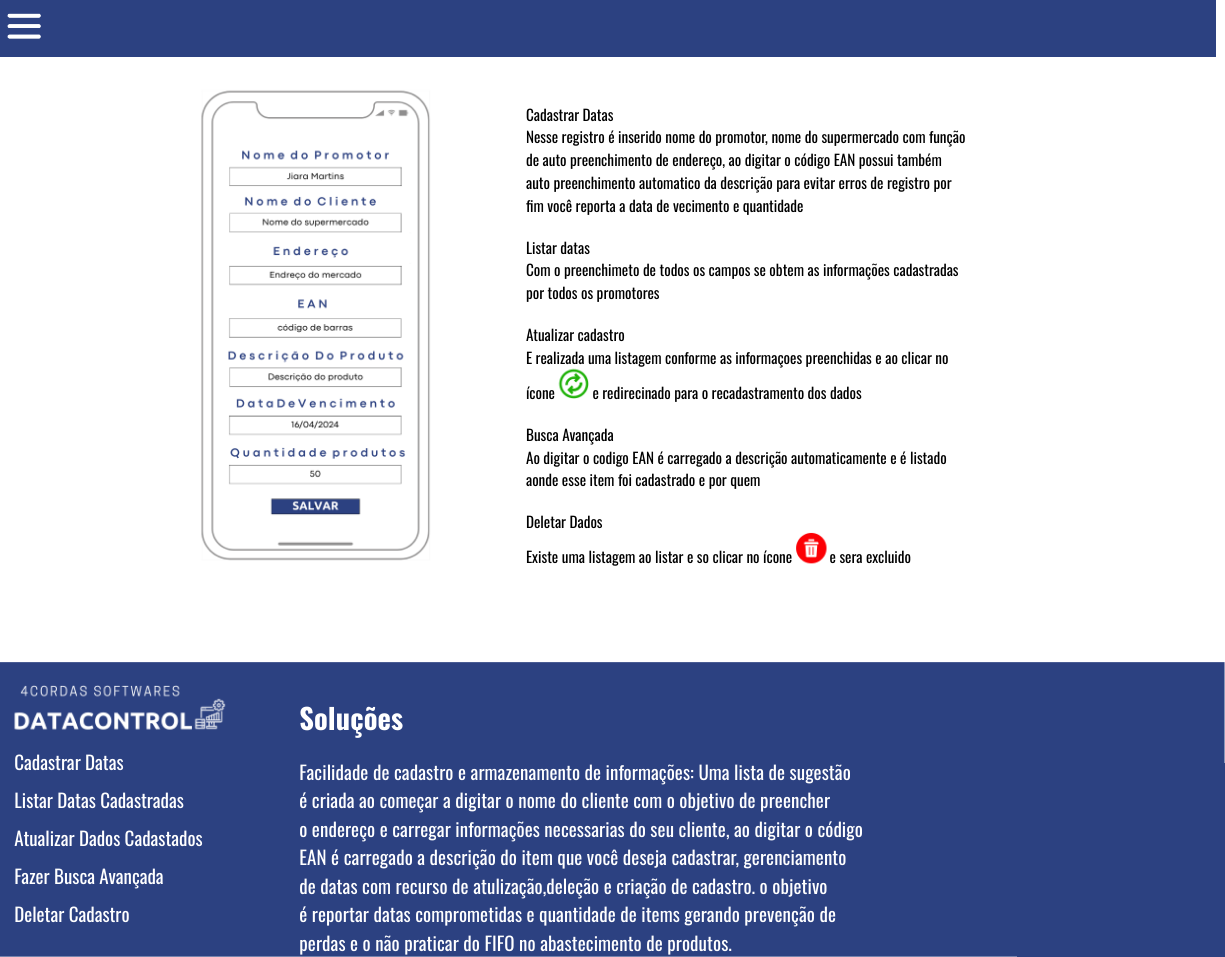
Repository: alfredo-allan/ControleDeDatasFrontEnd
Page: index.html
An editor plug-in stored every save of this project. The page is shown before and after the next save, followed by the edit.
The browser window is 1280 px wide. The page is 1289 px wide, so the pictures cover 1289 px, including what lies to the right of the window. The pictures show the whole page, at 95% of full size.

Above is the page before, as saved 2024-04-30 14:39:33.
Console error: TypeError: Cannot read properties of null (reading 'addEventListener')

### index.html
<!DOCTYPE html>
<html lang="pt-BR">
  <head>
    <meta charset="UTF-8" />
    <meta name="viewport" content="width=device-width, initial-scale=1.0" />
    <link rel="stylesheet" href="./style/style.css" />
    <link rel="preconnect" href="https://fonts.googleapis.com" />
    <link rel="preconnect" href="https://fonts.gstatic.com" crossorigin />
    <link
      href="https://fonts.googleapis.com/css2?family=Oswald:wght@200..700&display=swap"
      rel="stylesheet"
    />
    <title>Controle de Datas</title>
  </head>
  <body>
    <div class="header">
      <div id="menu-icon">
        <img id="icon-menu" src="./images/barra-de-menu.png" alt="" />
      </div>
      <div id="titulo">
        <!-- <h1>Controle De Datas</h1> -->
      </div>
      <div id="menu-options">
        <ul>
          <!-- <img id="usuario" src="./images/usuario-exemplo.jpg" alt="" /> -->
          <a href="pages/cadastro.html"><li>Cadastrar Datas</li></a>
          <a href="pages/listagem.html"><li>Listar Datas</li></a>
          <a href="pages/atualizar.html"><li>Atualizar Cadastro</li></a>
          <a href="pages/buscaavancada.html"><li>Busca Avançada</li></a>
          <a href="pages/deletar.html"><li>Deletar Dados</li></a>
        </ul>
      </div>
    </div>
    <img id="instrucao" src="./images/CadastrarDatas.png" alt="">
    <div class="coluna">
    <ul>
      <span>Cadastrar Datas</span>
      <li>Nesse registro é inserido nome do promotor, nome do supermercado com função de auto preenchimento de endereço, ao digitar o código EAN possui também auto preenchimento automatico da descrição para evitar erros de registro por fim você reporta a data de vecimento e quantidade</li>
      <span>Listar datas</span>
      <li>Com o preenchimeto de todos os campos se  obtem as informações cadastradas por todos os promotores</li>
      <span>Atualizar cadastro</span>
      <li>E realizada uma listagem conforme as informaçoes preenchidas e ao clicar no ícone <img src="./images/repetir.png" alt=""> e redirecinado para o recadastramento dos dados</li>
      <span>Busca Avançada</span>
      <li>Ao digitar o codigo EAN é carregado a descrição automaticamente e é listado aonde esse item foi cadastrado e por quem</li>
      <span>Deletar Dados</span>
      <li>Existe uma listagem ao listar e so clicar no ícone <img src="./images/excluir.png" alt=""> e sera excluido</li>
    </ul>
    </div>
    </div>
    <div class="footer">
      <div id="mapa" class="col-sm-6">
        <img id="tootext" src="./images/data.png" alt="" />
        <ul id="mapadosite">
          <a href="./pages/cadastro.html"><li>Cadastrar Datas</li></a>
          <a href="./pages/listagem.html"><li>Listar Datas Cadastradas</li></a>
          <a href="./pages/atualizar.html"
            ><li>Atualizar Dados Cadastados</li></a
          >
          <a href="./pages/buscaavancada.html"><li>Fazer Busca Avançada</li></a>
          <a href="./pages/deletar.html"><li>Deletar Cadastro</li></a>
        </ul>
      </div>
      <div id="solucao" class="col-sm-6">
        <span>Soluções</span>
        <p>
          Facilidade de cadastro e armazenamento de informações: Uma lista de
          sugestão <br />
          é criada ao começar a digitar o nome do cliente com o objetivo de
          preencher <br />
          o endereço e carregar informações necessarias do seu cliente, ao
          digitar o código <br />
          EAN é carregado a descrição do item que você deseja cadastrar,
          gerenciamento <br />
          de datas com recurso de atulização,deleção e criação de cadastro. o
          objetivo <br />
          é reportar datas comprometidas e quantidade de items gerando prevenção
          de <br />
          perdas e o não praticar do FIFO no abastecimento de produtos.
        </p>
      </div>
    </div>
  </body>
  <script src="./js/script.js"></script>
</html>

### style/style.css
:root {
  --cor-azul: rgb(44, 65, 129);
  --oswald-font: "Oswald", sans-serif;
  --luthier-font: "Luthier";
}

body {
  font-family: var(--oswald-font);
}

@font-face {
  font-family: "Luthier";
  src: url("../fonts/LuthierFF/Luthier-Regular.ttf") format("truetype");
  /* Adicione mais formatos (e.g. woff, woff2) conforme necessário */
}

#titulo h1 {
  font-family: var(--luthier-font);
  letter-spacing: 3px;
  font-weight: 900;
  color: white;
  margin-top: -30px;
  margin-left: 55px;
}

.column {
  display: flex;
  flex-direction: column;
  align-items: center;
  padding: 10px 20px 15px 15px;
  border: 1px solid #ccc;
  border-radius: 5px;
  width: 300px;
  margin: 0 auto;
  span {
    font-weight: 900;
    font-family: var(--luthier-font);
    letter-spacing: 3px;
    margin-bottom: 10px;
    color: var(--cor-azul);
  }
}

#logo img {
  margin-top: 200px;
  width: 250px;
  margin-left: 50px;
}

#logo {
  h1 {
    text-align: center;
    text-wrap: nowrap;
    font-size: 25px;
    font-family: var(--oswald-font);
    font-weight: 900;
    letter-spacing: 2px;
    color: var(--cor-azul);
  }
}

#form {
  margin-top: 80px;
}

input {
  margin-bottom: 5px;
  padding: 5px;
  width: 100%;
  box-sizing: border-box;
  font-weight: 600;
  margin-bottom: 10px;
}

input::placeholder {
  text-align: center;
  color: gray;
  font-family: var(--oswald-font);
  font-weight: 400;
}

input:focus {
  outline-color: var(--cor-azul); /* Altere a cor aqui */
}

.header {
  position: fixed;
  top: 0;
  left: 0;
  width: 100%;
  height: 60px;
  background-color: var(--cor-azul);
}

#icon-menu {
  width: 35px;
  margin-top: 10px;
  z-index: 1;
  margin-left: 8px;
  cursor: pointer;
}

#menu-options ul {
  list-style: none;
  padding: 0;
  margin-left: 5px;
  font-size: 20px;
  font-weight: 500;
  text-wrap: nowrap;
  font-family: var(--oswald-font);
  z-index: 999;
}

#menu-options ul li {
  padding: 10px;
  letter-spacing: 2px;
  cursor: pointer;
  z-index: 999;
}

a {
  text-decoration: none; /* Remove sublinhado */
  color: inherit; /* Mantém a cor padrão do texto */
  /* Adicione quaisquer outros estilos desejados para o link */
}

#menu-options {
  display: none;
  position: absolute;
  top: 0;
  left: 0;
  margin-top: 60px;
  width: 55%;
  height: 41vh;
  border-bottom-right-radius: 15px;
  background-color: var(--cor-azul);
  color: white;
  font-family: var(--oswald-font);
  font-weight: 900;
  z-index: 999;
}

button {
  text-align: center;
  width: 110px;
  height: 30px;
  padding: 6px 30px;
  background-color: rgba(44, 65, 129, 0.897);
  border-radius: 5px;
  color: white;
  border: none;
  border-radius: 5px;
  cursor: pointer;
  font-family: var(--oswald-font);
}

button:focus {
  outline: 2px solid var(--cor-azul);
}

.footer {
  width: 102%;
  position: relative;
  margin-top: 5%;
  margin-left: -8px;
  margin-bottom: -20px;
  background-color: var(--cor-azul);
}

.footer img {
  width: 300px;
  height: 60px;
  margin-top: 2px;
  cursor: pointer;
  margin-left: 10px;
}

#autocomplete-list-id {
  background-color: #f1f1f1;
  border: 1px solid #d4d4d4;
  color: var(--cor-azul);
  border-top: none;
  max-height: 200px;
  overflow-y: auto;
  position: absolute;
  /* z-index: 999; */
  margin-top: -10px;
  margin-left: 60px;
}

.autocomplete-items div {
  padding: 10px;
  cursor: pointer;
  background-color: #fff;
  border-bottom: 1px solid #d4d4d4;
}

.autocomplete-items div:hover {
  background-color: #e9e9e9;
}

.autocomplete-items div strong {
  font-weight: bold;
}

#data-list {
  margin: 0 auto;
  left: 50%;
  transform: translateX(-50%);
  margin: 0 auto;
  left: 50%;
  top: 60%;
  transform: translate(-50%, -50%);
  /* border: 1px solid var(--cor-azul); */
  color: var(--cor-azul);
  border-radius: 5px;
  max-height: 330px;
  overflow-y: auto;
  position: absolute;
  z-index: -1;
  margin-top: 110px;
  margin-left: 0px;
  width: 336px;
  list-style: none;
  .name {
    font-family: var(--oswald-font);
    font-weight: 900;
    font-size: 17px;
  }
  .item {
    font-family: var(--oswald-font);
    font-weight: 500;
    font-size: 15;
    color: rgb(0, 0, 0);
  }
}

/* #promotor {
  line-height: 60px;
} */

#data-list {
  /* Estilos do elemento #data-list */
  /* Defina outras propriedades conforme necessário */

  scrollbar-color: var(--cor-azul) var(--cor-azul); /* Cor da barra de rolagem e do fundo da barra */
}

#data-list::-webkit-scrollbar {
  width: 10px; /* Largura da barra de rolagem */
}

#data-list::-webkit-scrollbar-thumb {
  background-color: white; /* Cor da barra de rolagem */
  border-radius: 5px; /* Raio de borda da barra de rolagem */
}

#texto-descritivo {
  text-align: justify;
  margin-top: 200px;
  position: fixed;
  font-family: var(--luthier-font);
  letter-spacing: 3px;
  line-height: 2;
  margin-right: 8px;
  font-weight: 900;
  color: var(--cor-azul);
}

#del {
  width: 25px;
  margin: -4px;
  margin-left: 20px;
}

#atualizar {
  width: 25px;
  margin: -5px;
  margin-left: 20px;
}

.video {
  width: 100%;
  height: 100vh; /* Altura ocupando toda a tela */
}

.video video {
  position: fixed;
  top: 0;
  left: 0;
  width: 100%;
  height: 20%;
  object-fit: cover;
  margin-top: 52px;
}

.modal {
  display: none; /* Escondido por padrão */
  position: fixed;
  z-index: 1;
  left: 0;
  top: 0;
  width: 100%;
  height: 100%;
  overflow: auto;
  background-color: rgba(0, 0, 0, 0.4);
}

.modal-content {
  background-color: #fefefe;
  margin: 15% auto;
  padding: 20px;
  border: 2px solid #888;
  width: 80%;
  border-radius: 10px;
  p {
    text-align: center;
    font-family: var(--luthier-font);
    letter-spacing: 3px;
    font-weight: 600;
    color: var(--cor-azul);
  }
}

.close {
  color: #aaa;
  float: right;
  font-size: 28px;
  font-weight: bold;
}

.close:hover,
.close:focus {
  color: black;
  text-decoration: none;
  cursor: pointer;
}

#modalbtn {
  text-align: center;
}

#confirmButton {
  margin-right: 5px;
}

#tootext {
  margin-left: -40px;
  margin-top: 20px;
}

#mapadosite {
  font-family: var(--oswald-font);
  list-style: none;
  margin-top: 0px;
  line-height: 40px;
  text-align: left;
  margin-left: -25px;
  color: white;
  font-size: 20px;
}

#mapa {
  text-align: left;
}

#solucao {
  margin-top: -270px;
  margin-left: 315px;
  font-family: var(--oswald-font);
  letter-spacing: 0.1px;
  color: white;
  span {
    font-size: 30px;
    font-weight: 900;
  }
  p {
    font-size: 20px;
    text-align: left;
  }
}

@media (min-width: 310px) and (max-width: 580px) {
  #solucao {
    margin-top: -10px;
    margin-left: -200px;
    text-align: center;
  }
}

@media (min-width: 310px) and (max-width: 580px) {
  #solucao span {
    margin-left: -30px;
  }
}

@media (min-width: 310px) and (max-width: 580px) {
  #solucao p {
    font-size: 20px;
    text-align: left;
    margin-left: 215px;
  }
}

@media (min-width: 310px) and (max-width: 580px) {
  .footer {
    margin-top: 20%;
    position: absolute;
    margin-left: -8px;
    width: 100%;
    margin-bottom: 0px;
  }
}

.footer_pg {
  position: fixed;
  left: 0;
  bottom: 0;
  width: 100%;
  height: 60px;
  background-color: var(--cor-azul);
}

@media (min-width: 310px) and (max-width: 580px) {
  .footer_pg img {
    margin-left: auto;
    margin-right: auto;
    display: block;
  }
}

#instrucao {
  margin-top: 80px;
  width: 250px;
  margin-left: 200px;
}

@media (min-width: 500px) and (max-width: 1200px) {
  #instrucao {
    margin-left: 20px;
  }
}

.coluna {
  display: flex;
  flex-direction: column;
  justify-content: center;
  margin-left: 40%;
  margin-top: -40%;
  width: 40%;
  li {
    list-style: none;
    margin-bottom: 20px;
  }


}

### js/script.js
document.addEventListener("DOMContentLoaded", function () {
  carregarDados();

  document
    .getElementById("data-vencimento")
    .addEventListener("input", formatarData);

  document.getElementById("ean").addEventListener("input", function () {
    var eanSelecionado = document.getElementById("ean").value;
    preencherDescricaoPorEAN(eanSelecionado);
  });
});

function formatarData() {
  let inputData = document.getElementById("data-vencimento").value;

  let dataFormatada = inputData.replace(/^(\d{2})(\d{2})(\d{2})$/, "$1/$2/$3");

  document.getElementById("data-vencimento").value = dataFormatada;
}

function preencherDescricaoPorEAN(ean) {
  fetch("../frutap.json")
    .then((response) => response.json())
    .then((data) => {
      const mercados = data.mercados;

      for (let mercado of mercados) {
        const produto = mercado.produtos.find(
          (produto) => produto.codigoEAN === ean
        );
        if (produto) {
          document.getElementById("descricao-produto").value =
            produto.descricao;
          return; // Encerra o loop assim que encontrar o produto correspondente
        }
      }

      // Se não encontrou nenhum produto com o código EAN correspondente
      document.getElementById("descricao-produto").value =
        "Produto não encontrado";
    })
    .catch((error) => {
      console.error("Erro ao carregar os dados do arquivo JSON:", error);
    });
}

function carregarDados() {
  fetch("../frutap.json")
    .then((response) => {
      if (response.ok) {
        return response.json();
      } else {
        throw new Error("Erro ao carregar os dados");
      }
    })
    .then((data) => {
      if (data && data.mercados) {
        const mercados = data.mercados.map((mercado) => mercado.nome);
        const codigosEAN = data.mercados.map((mercado) => mercado.codigoEAN);
        const enderecos = data.mercados.map((mercado) => mercado.endereco);

        autocomplete(document.getElementById("nome-cliente"), mercados, data);
        autocomplete(document.getElementById("ean"), codigosEAN);
        autocomplete(
          document.getElementById("endereco-cliente"),
          enderecos,
          data
        );
      } else {
        console.error("Formato de dados inválido");
      }
    })
    .catch((error) => {
      console.error("Erro ao carregar os dados do arquivo JSON:", error);
    });
}
function autocomplete(inp, arr, data) {
  var currentFocus;

  inp.addEventListener("input", function (e) {
    var a,
      b,
      i,
      val = this.value;
    closeAllLists();
    if (!val) {
      return false;
    }
    currentFocus = -1;
    a = document.createElement("DIV");
    a.setAttribute("id", "autocomplete-list-id");
    a.setAttribute("class", "autocomplete-items");
    this.parentNode.appendChild(a);
    for (i = 0; i < arr.length; i++) {
      if (
        arr[i] &&
        arr[i].substr(0, val.length).toUpperCase() == val.toUpperCase()
      ) {
        b = document.createElement("DIV");
        b.innerHTML = "<strong>" + arr[i].substr(0, val.length) + "</strong>";
        b.innerHTML += arr[i].substr(val.length);
        b.innerHTML += "<input type='hidden' value='" + arr[i] + "'>";
        b.addEventListener("click", function (e) {
          inp.value = this.getElementsByTagName("input")[0].value;
          closeAllLists();
          // Preencher o campo de Endereço do mercado ao selecionar o nome do mercado
          var selectedMarket = this.getElementsByTagName("input")[0].value;
          var mercadoSelecionado = data.mercados.find(
            (mercado) => mercado.nome === selectedMarket
          );
          if (mercadoSelecionado) {
            var enderecoCompleto =
              mercadoSelecionado.endereco.rua +
              ", " +
              mercadoSelecionado.endereco.bairro +
              ", " +
              mercadoSelecionado.endereco.cidade +
              ", " +
              mercadoSelecionado.endereco.estado;
            document.getElementById("endereco-cliente").value =
              enderecoCompleto;
          }
        });
        a.appendChild(b);
      }
    }
  });

  function closeAllLists(elmnt) {
    var x = document.getElementsByClassName("autocomplete-items");
    for (var i = 0; i < x.length; i++) {
      if (elmnt != x[i] && elmnt != inp) {
        x[i].parentNode.removeChild(x[i]);
      }
    }
  }

  document.addEventListener("click", function (e) {
    closeAllLists(e.target);
  });
}

const menuIcon = document.getElementById("menu-icon");
const menuOptions = document.getElementById("menu-options");

menuIcon.addEventListener("click", function () {
  if (menuOptions.style.display === "none") {
    menuOptions.style.display = "block";
  } else {
    menuOptions.style.display = "none";
  }
});

document.getElementById("btn-salvar").addEventListener("click", function () {
  const nomePromotor = document.getElementById("nome-promotor").value;
  const nomeCliente = document.getElementById("nome-cliente").value;
  const enderecoCliente = document.getElementById("endereco-cliente").value;
  const ean = document.getElementById("ean").value;
  const descricaoProduto = document.getElementById("descricao-produto").value;
  const dataVencimento = document.getElementById("data-vencimento").value;
  const quantidadeProdutos = document.getElementById(
    "quantidade-produtos"
  ).value;

  fetch("https://v1controledatas.pythonanywhere.com/salvar-dados", {
    method: "POST",
    headers: {
      "Content-Type": "application/json",
    },
    body: JSON.stringify({
      nomePromotor: nomePromotor,
      nomeCliente: nomeCliente,
      enderecoCliente: enderecoCliente,
      ean: ean,
      descricaoProduto: descricaoProduto,
      dataVencimento: dataVencimento,
      quantidadeProdutos: quantidadeProdutos,
    }),
  })
    .then((response) => {
      if (response.ok) {
        // alert("Dados salvos com sucesso!");
      } else {
        throw new Error("Erro ao salvar os dados");
      }
    })
    .catch((error) => {
      console.error("Erro ao salvar os dados:", error);
    });
});

// Selecionando o botão de fechar e o modal

Loaded but not shown: frutap.json (455 lines, source omitted)

After the next save:
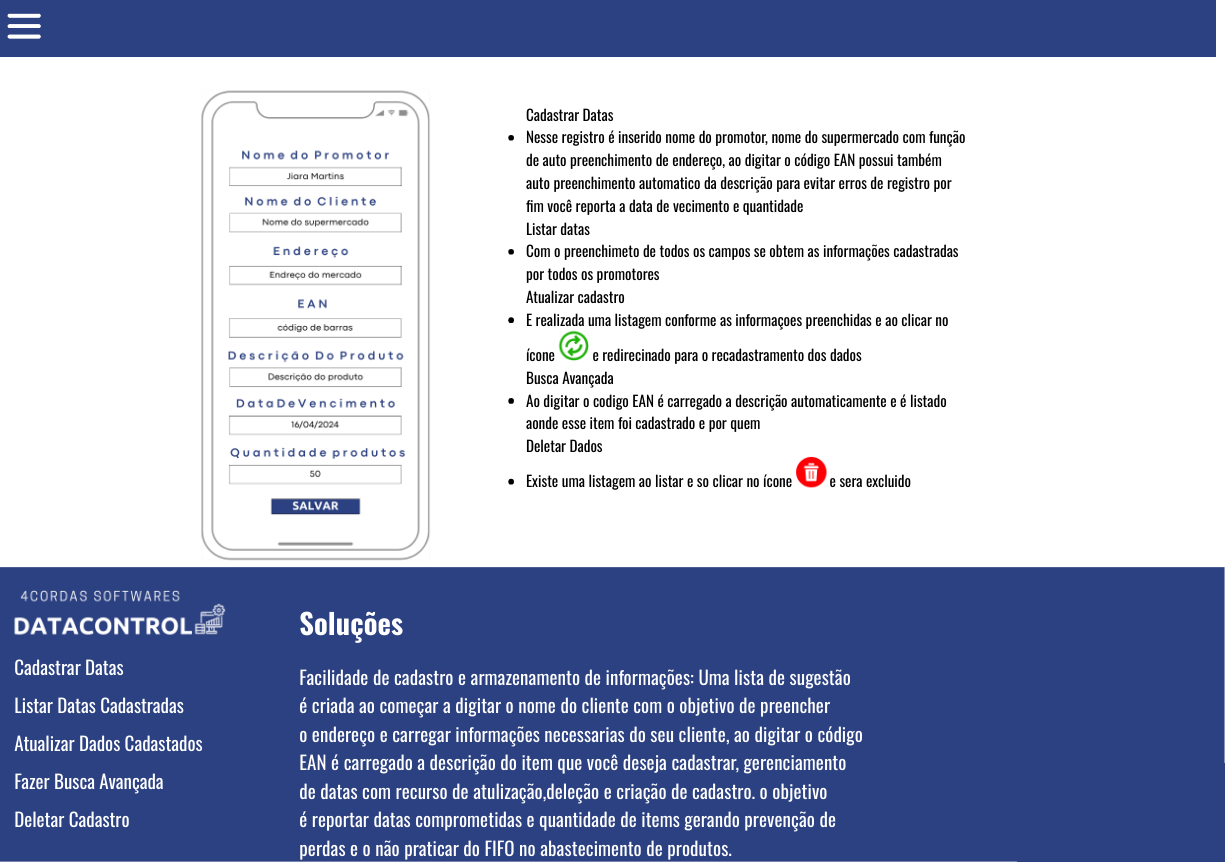
Saved 8 s later.
--- a/style/style.css
+++ b/style/style.css
@@ -448,6 +448,7 @@ button:focus {
   margin-left: 40%;
   margin-top: -40%;
   width: 40%;
+  posi
   li {
     list-style: none;
     margin-bottom: 20px;
